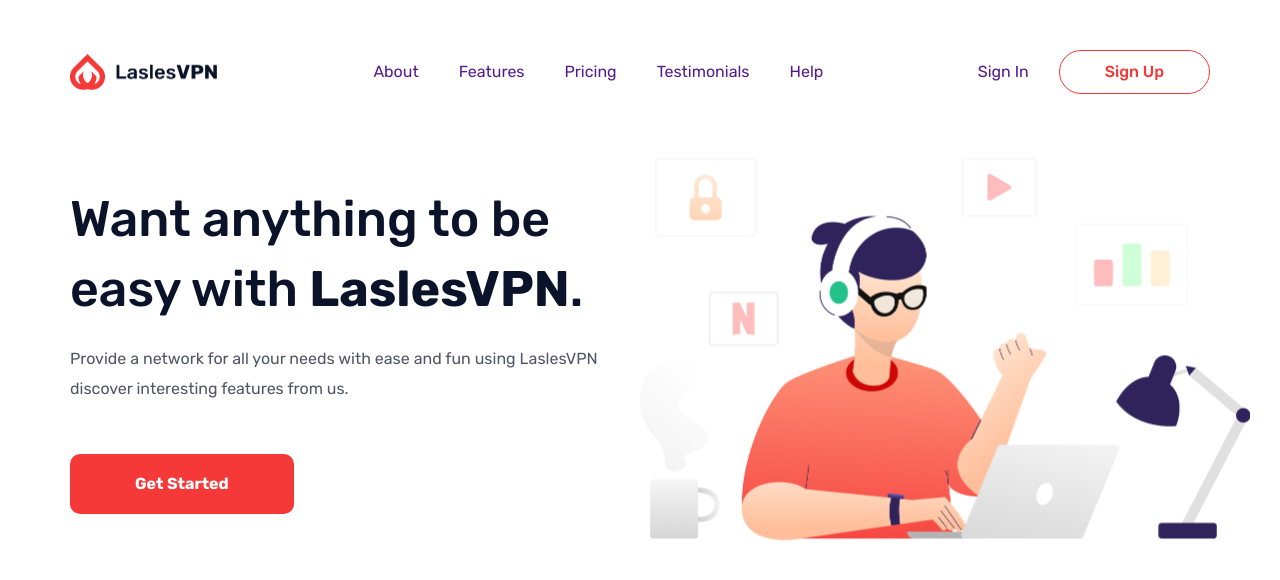
Repository: dangpham205/LaslesVPN-Landing-Page
Page: index.html
The author's editor kept a copy of each file at every save. The page is drawn from the files as they stood at one save, then again after the next save.
The browser window is 1280 px wide. The pictures show the whole page.

Above is the page before, as saved 2022-07-19 20:19:04.

After the next save:
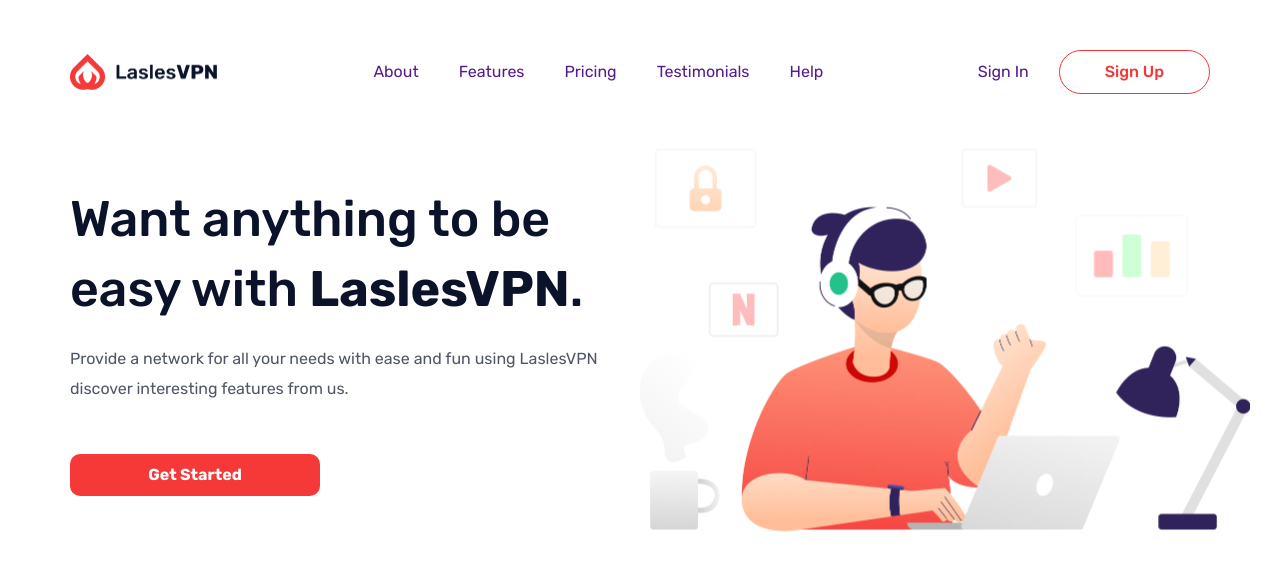
Saved 16 s later.
--- a/index.html
+++ b/index.html
@@ -53,7 +53,7 @@
                         <div class="hero__content">
                             <h1 class="hero__title">Want anything to be easy with <strong>LaslesVPN</strong>.</h1>
                             <p class="hero__desc text">Provide a network for all your needs with ease and fun using LaslesVPN discover interesting features from us.</p>
-                            <a href="" class="button button--primary button--rounded">Get Started</a>
+                            <a href="" class="button button--primary button--rectangle">Get Started</a>
                         </div>
                         <div class="hero__image">
                             <img srcset="./assets/img/hero.png 2x" alt="">

After the save that followed:
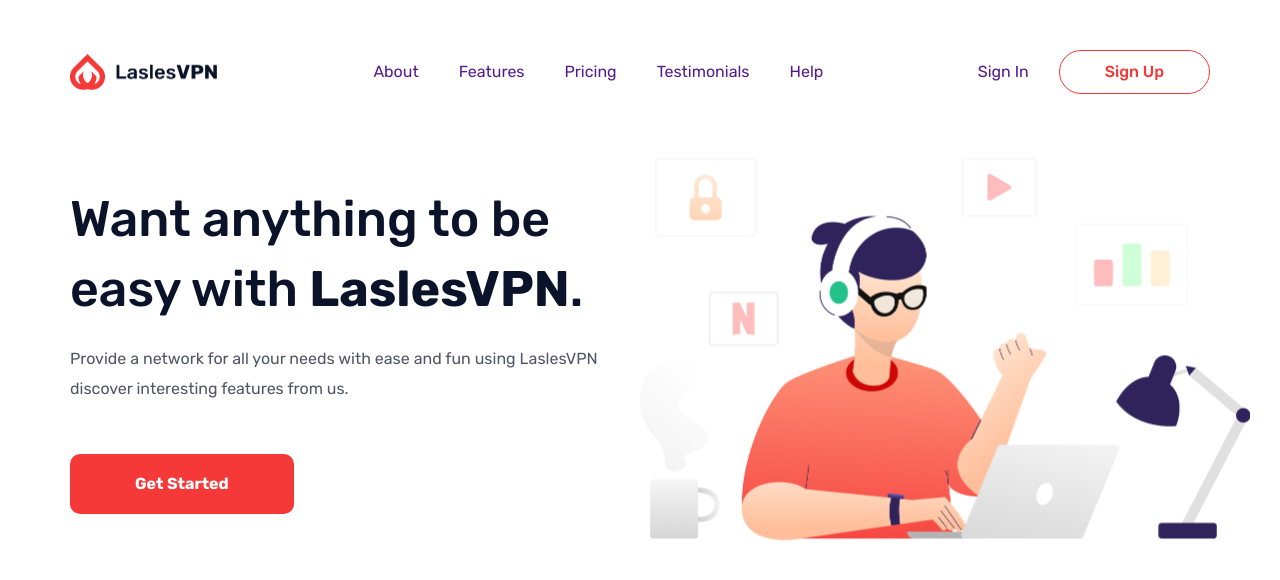
Saved 25 s later.
--- a/index.html
+++ b/index.html
@@ -53,7 +53,7 @@
                         <div class="hero__content">
                             <h1 class="hero__title">Want anything to be easy with <strong>LaslesVPN</strong>.</h1>
                             <p class="hero__desc text">Provide a network for all your needs with ease and fun using LaslesVPN discover interesting features from us.</p>
-                            <a href="" class="button button--primary button--rectangle">Get Started</a>
+                            <a href="" class="button button--primary button--rounded">Get Started</a>
                         </div>
                         <div class="hero__image">
                             <img srcset="./assets/img/hero.png 2x" alt="">
